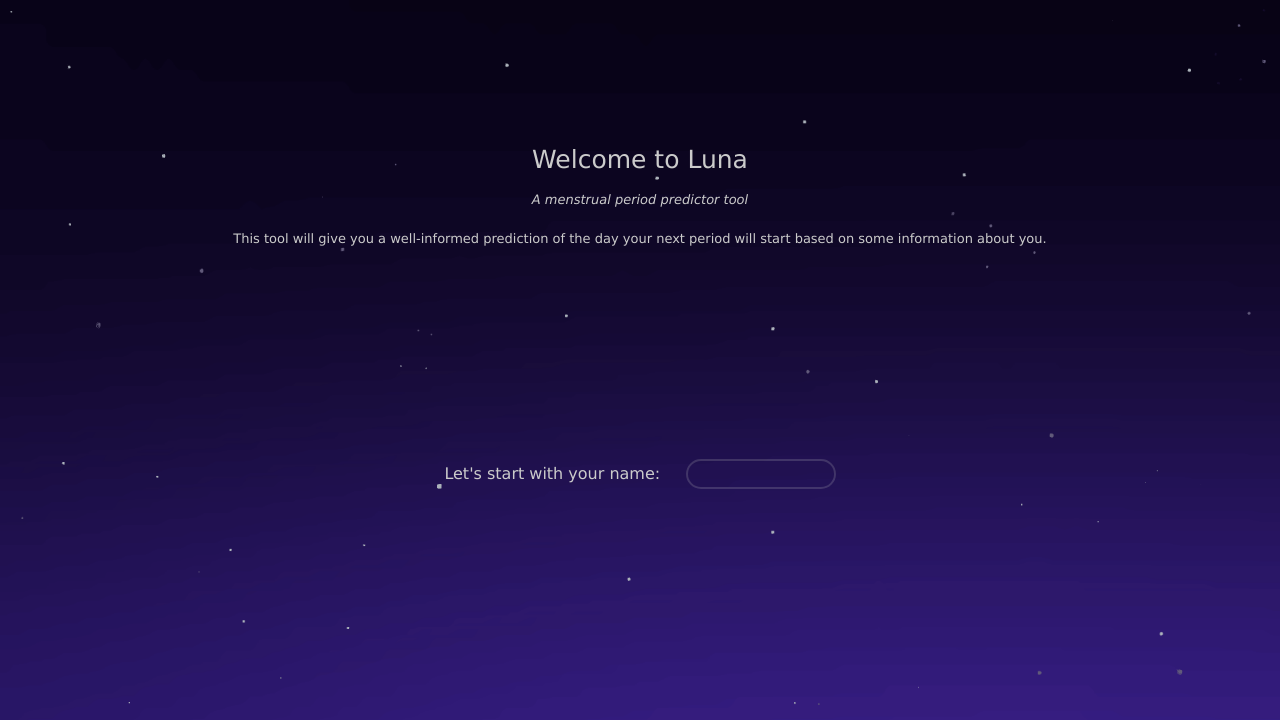
Repository: kholl28/luna-app
Page: / (app in frontend/)
These files come from the project's save history. The page is drawn as it stood at one moment and after the next save; the edit follows.
The browser window is 1280 px wide. The pictures show the whole page.
The project was rebuilt for these pictures with package versions that can differ from the ones it lists, and the page was loaded fresh each time. The framework's server and built-in components were replaced by stand-ins that run in the browser. Also part of the build but not shown: frontend/next.config.mjs, frontend/src/app/pages/input.js, frontend/src/app/pages/demos.js, frontend/src/app/components/PredictionChart.jsx, frontend/src/app/pages/prediction.js.

Above is the page before, as saved 2025-05-14 12:03:31.

After the next save:
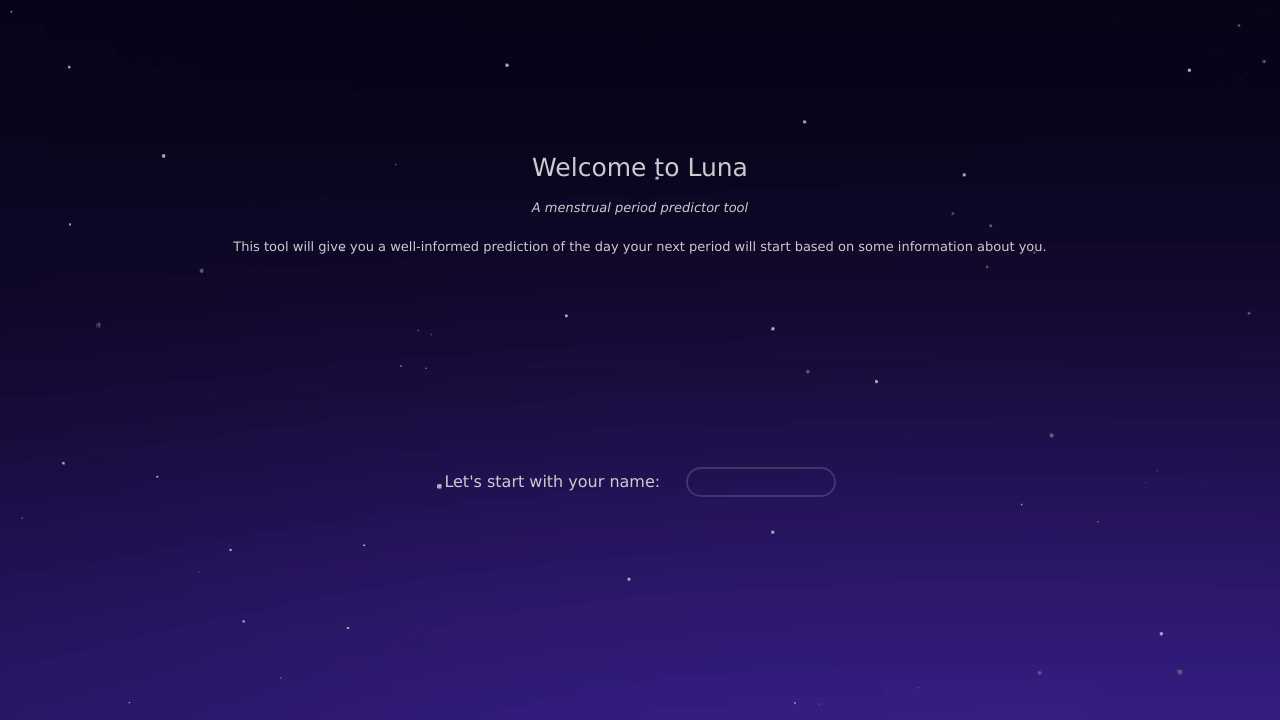
Saved 39 s later.
--- a/frontend/src/app/pages/homepage.js
+++ b/frontend/src/app/pages/homepage.js
@@ -69,7 +69,7 @@ function Homepage({ currentPage, setCurrentPage, UserName, setName }) {
           </div>
         </form>
 
-        <div style={{ display: 'flex', justifyContent: 'center', alignItems: 'center', marginTop: '4rem' }}>
+        <div style={{ display: 'flex', justifyContent: 'center', alignItems: 'center', marginTop: '3rem' }}>
           <Button onClick={handleSubmit} className={`verdana-small ${UserName.length > 0 ? '' : 'hidden-text'}`}>
             Next
           </Button>
